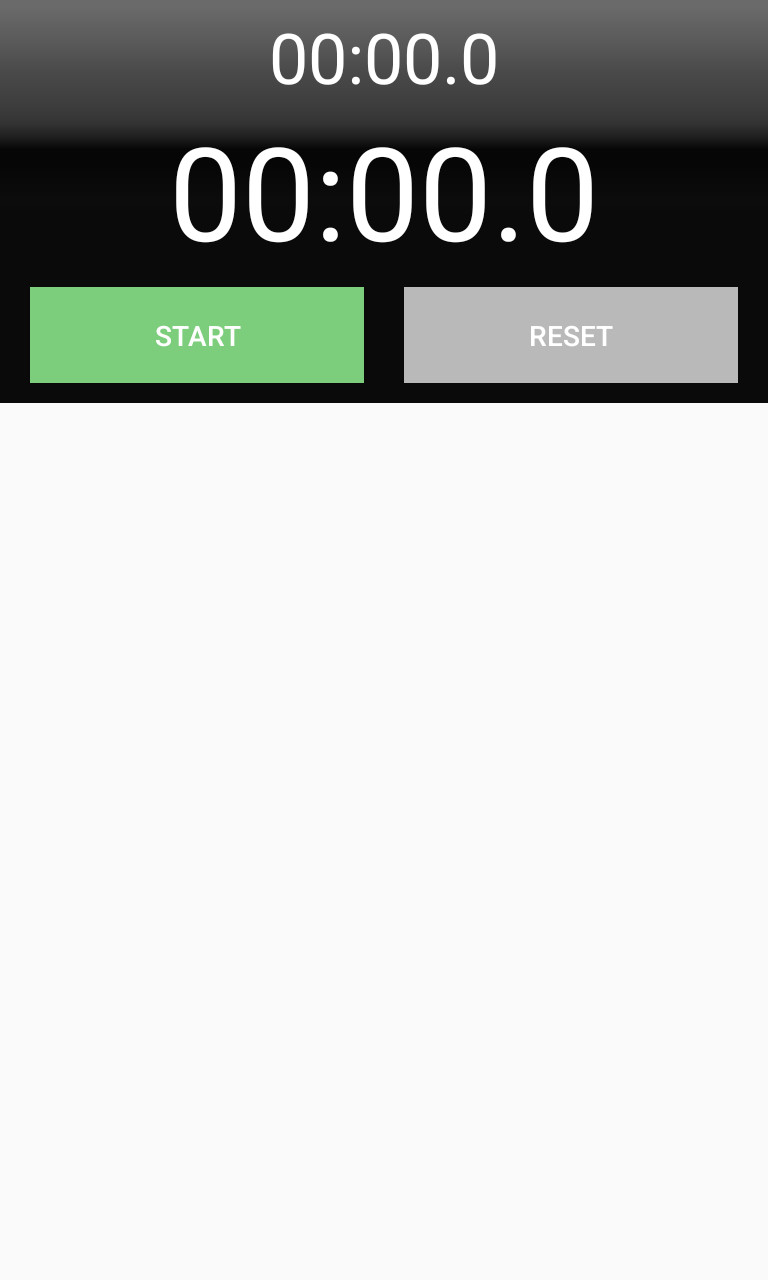
Repository: GitDidNotExitCleanly/AndroidTimer
Layout: G54MDP_Stopwatch/res/layout/fragment_stopwatch.xml
The author's editor kept a copy of each file at every save. The layout is drawn from the files as they stood at one save, then again after the next save.
It is drawn on a 768 x 1280 px phone screen (xhdpi) without system bars, with theme AppTheme; the app's code is not run. Lists and similar views that code fills are empty.

Above is the layout before, as saved 2015-03-07 02:26:35.

### G54MDP_Stopwatch/res/layout/fragment_stopwatch.xml
<?xml version="1.0" encoding="utf-8"?>
<LinearLayout xmlns:android="http://schemas.android.com/apk/res/android"
    android:layout_width="match_parent"
    android:layout_height="match_parent"
    android:gravity="center_horizontal"
    android:orientation="vertical" >

        <LinearLayout
            android:layout_width="fill_parent"
            android:layout_height="wrap_content"
            android:gravity="center_horizontal"
            android:orientation="vertical"
            android:background="@drawable/background" >

	        <TextView
	            android:id="@+id/smallTime"
	            android:layout_width="wrap_content"
	            android:layout_height="wrap_content"
	            android:text="00:00.0"
	            android:textSize="@dimen/stopwatch_small_time"
	            android:textColor="#fff"
	            android:layout_marginBottom="0dp"
	            android:paddingTop="5dp" />

	        <TextView
	            android:id="@+id/largeTime"
	            android:layout_width="wrap_content"
	            android:layout_height="wrap_content"
	            android:text="00:00.0"
	            android:textSize="@dimen/stopwatch_large_time"
	            android:textColor="#fff"
	            android:paddingBottom="5dp" />

	        <LinearLayout
	            android:layout_width="match_parent"
	            android:layout_height="wrap_content"
	            android:gravity="center_horizontal"
	            android:orientation="horizontal"
	            android:layout_marginBottom="10dp" >

	            <Button
	                android:id="@+id/start_stop"
	                android:layout_width="wrap_content"
	                android:layout_height="wrap_content"
	                android:layout_weight="1"
	                android:text="Start"
	                android:textColor="#fff"
	                android:layout_marginLeft="15dp"
	                android:layout_marginRight="10dp"
	                android:background="#7CCD7C" />

	            <Button
	                android:id="@+id/reset_lap"
	                android:layout_width="wrap_content"
	                android:layout_height="wrap_content"
	                android:layout_weight="1"
	                android:text="Reset"
	                android:textColor="#fff"
	                android:layout_marginLeft="10dp"
	                android:layout_marginRight="15dp"
	                android:background="#B9B9B9" />

	        </LinearLayout>
    </LinearLayout>

    <ListView
        android:id="@+id/timeList"
        android:layout_width="fill_parent"
        android:layout_height="wrap_content"
        android:layout_gravity="center_horizontal" >

    </ListView>

</LinearLayout>

### G54MDP_Stopwatch/res/values/dimens.xml
<resources>

    <!-- Default screen margins, per the Android Design guidelines. -->
    <dimen name="activity_horizontal_margin">16dp</dimen>
    <dimen name="activity_vertical_margin">16dp</dimen>
    <dimen name="stopwatch_large_time">65dp</dimen><dimen name="stopwatch_small_time">35dp</dimen>

</resources>

Loaded but not shown: G54MDP_Stopwatch/res/values/styles.xml (common file); G54MDP_Stopwatch/res/values-v11/styles.xml (common file); G54MDP_Stopwatch/res/values-v14/styles.xml (common file)

After the next save:
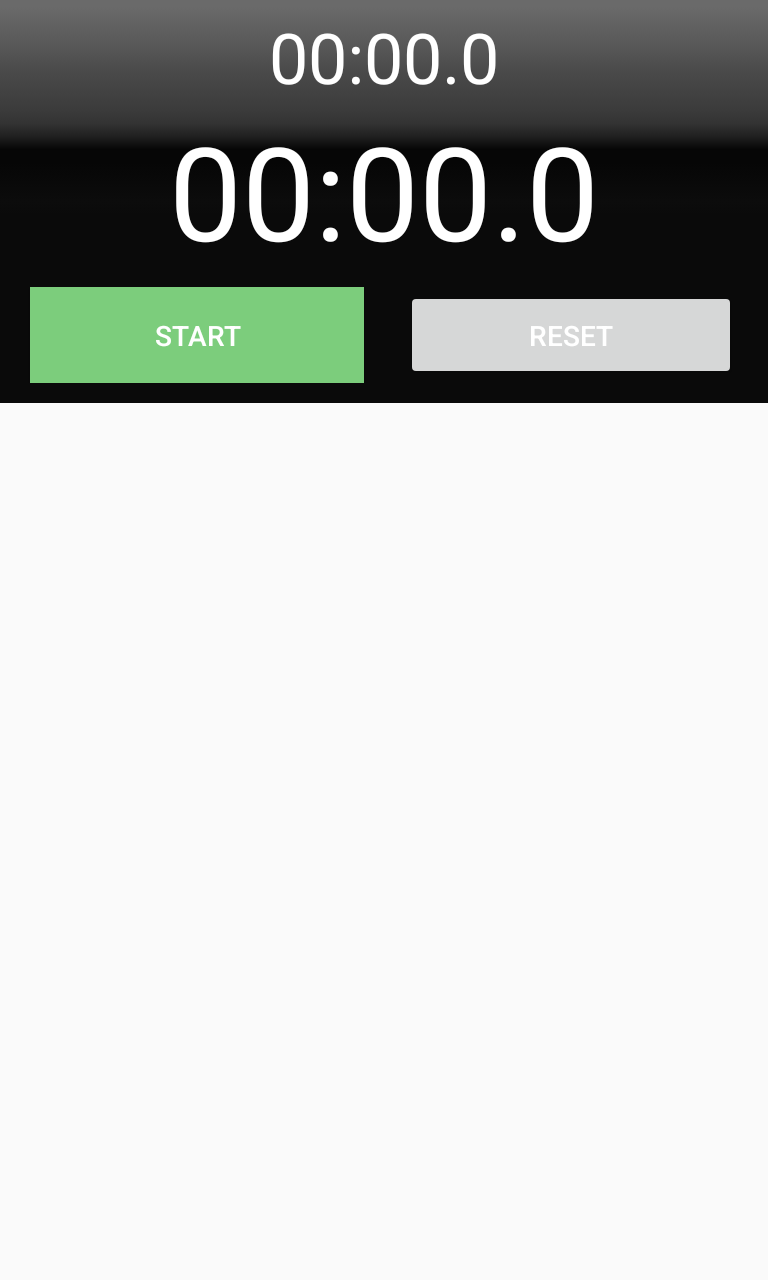
Saved 55 s later.
--- a/G54MDP_Stopwatch/res/layout/fragment_stopwatch.xml
+++ b/G54MDP_Stopwatch/res/layout/fragment_stopwatch.xml
@@ -57,8 +57,7 @@
 	                android:text="Reset"
 	                android:textColor="#fff"
 	                android:layout_marginLeft="10dp"
-	                android:layout_marginRight="15dp"
-	                android:background="#B9B9B9" />
+	                android:layout_marginRight="15dp" />
 
 	        </LinearLayout>
     </LinearLayout>

After the save that followed:
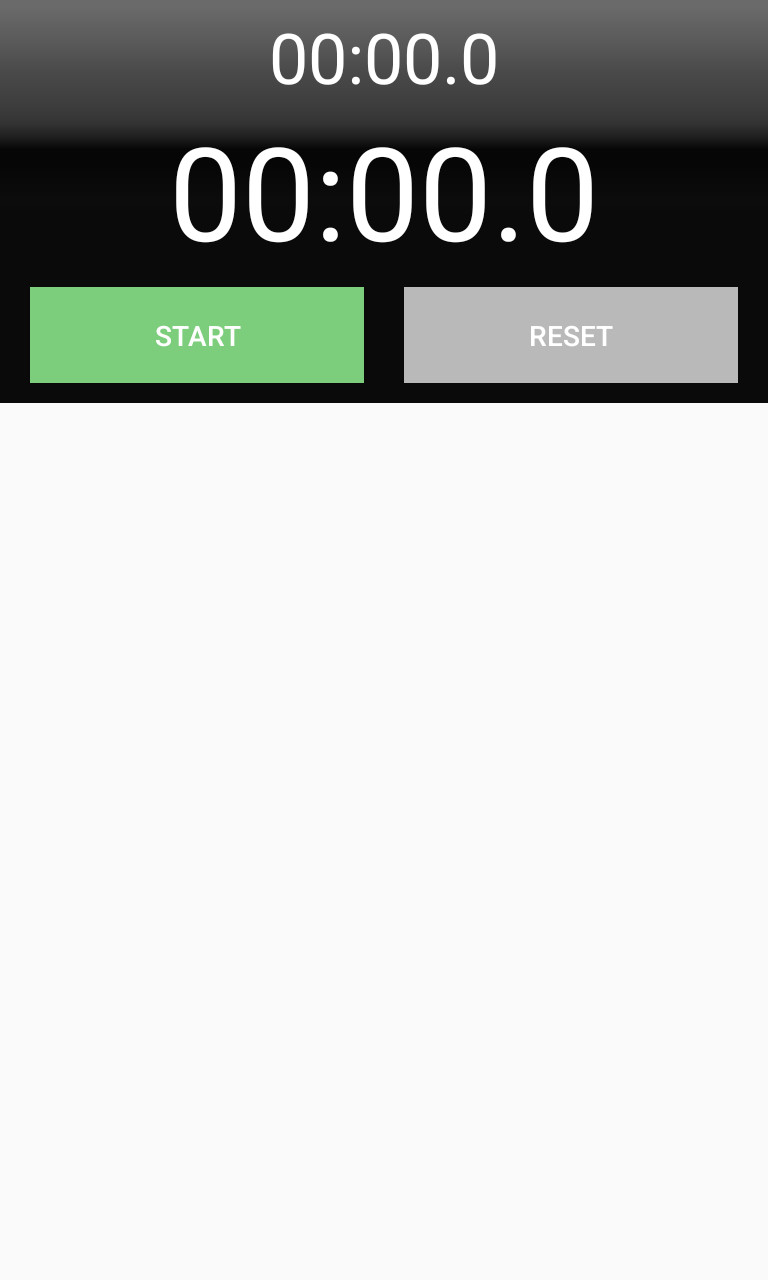
Saved 12 s later.
--- a/G54MDP_Stopwatch/res/layout/fragment_stopwatch.xml
+++ b/G54MDP_Stopwatch/res/layout/fragment_stopwatch.xml
@@ -57,7 +57,8 @@
 	                android:text="Reset"
 	                android:textColor="#fff"
 	                android:layout_marginLeft="10dp"
-	                android:layout_marginRight="15dp" />
+	                android:layout_marginRight="15dp"
+	                android:background="#B9B9B9" />
 
 	        </LinearLayout>
     </LinearLayout>
